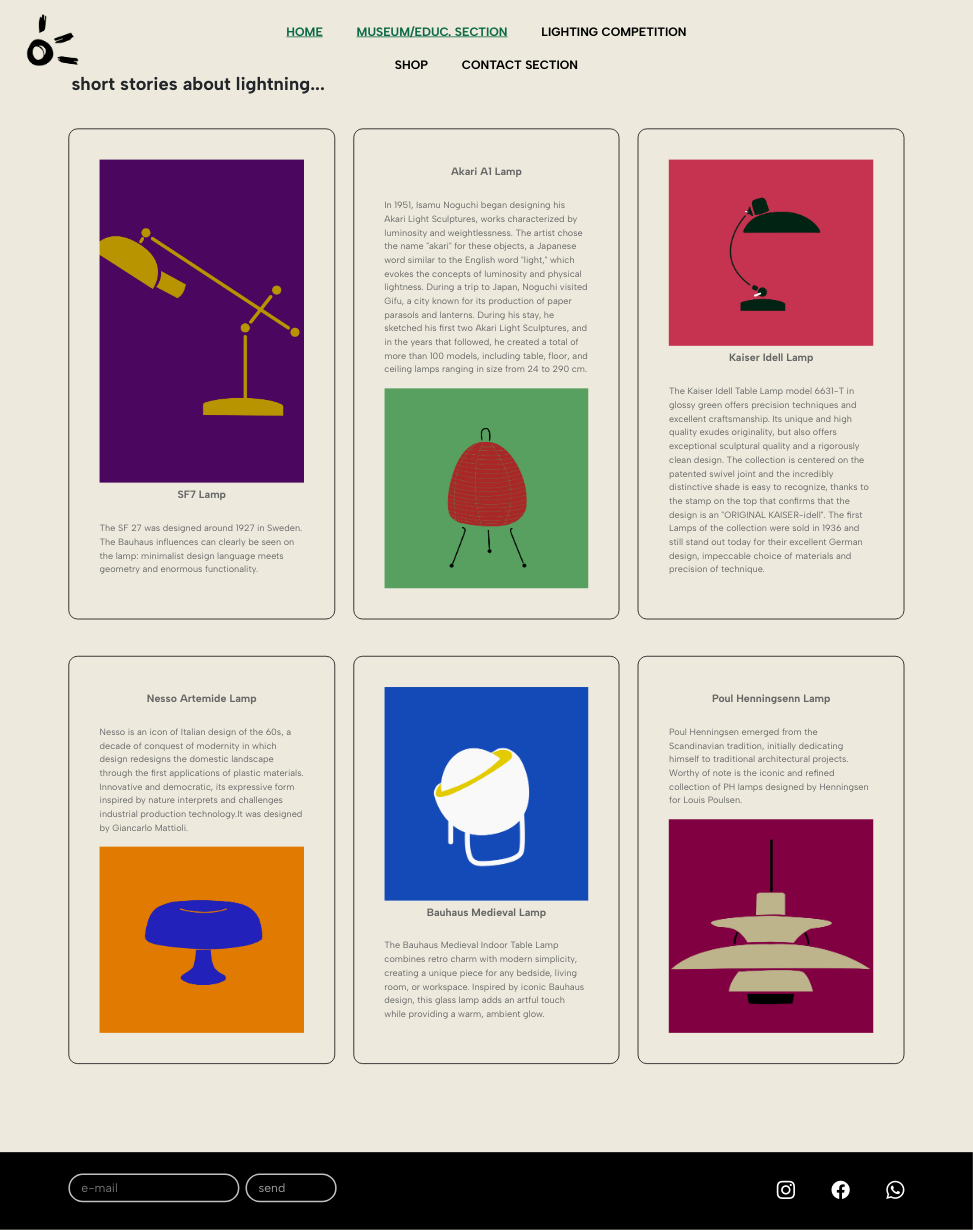
Repository: veronicamdiaz/Landing-Page-Practices
Page: museum-educational-section.html
An editor plug-in stored every save of this project. The page is shown before and after the next save, followed by the edit.
The browser window is 1280 px wide. The pictures show the whole page, at 76% of full size.

Above is the page before, as saved 2025-06-01 14:49:51.
Console error: TypeError: Cannot read properties of null (reading 'addEventListener')

### museum-educational-section.html
<!DOCTYPE html>
<html lang="pt-BR">
<head>
    <meta http-equiv="X-UA-Compatible" content="IE=edge">
    <meta name="viewport" content="width=device-width, initial-scale=1.0">
    <title>Landing Page</title>
    <link rel="stylesheet" href="https://cdn.jsdelivr.net/npm/bootstrap@5.3.3/dist/css/bootstrap.min.css">
    <link rel="preconnect" href="https://fonts.googleapis.com">
    <link rel="preconnect" href="https://fonts.gstatic.com" crossorigin>
    <link href="https://fonts.googleapis.com/css2?family=Pacifico&family=Roboto:wght@400;700&display=swap" rel="stylesheet">
    <link rel="stylesheet" href="https://cdn.jsdelivr.net/npm/bootstrap-icons@1.11.3/font/bootstrap-icons.min.css">
    <link href="https://fonts.googleapis.com/css2?family=Albert+Sans:ital,wght@0,100..900;1,100..900&family=Pacifico&family=Roboto+Slab:wght@100..900&family=Roboto:ital,wght@0,100;0,300;0,400;0,500;0,700;0,900;1,100;1,300;1,400;1,500;1,700;1,900&display=swap" rel="stylesheet">
    <link rel="stylesheet" href="main.css">
</head>

<header id="home-page">
    <div class="site-logo">
        <a href="index.html">
            <img src="images/logo-site.png" alt="Lightning Design Lab Logo" class="logo-img">
        </a>
    </div>

    <div class="menu" data-bs-target="#cabecalho" da
    ta-bs-smooth-scroll="true">
        <nav id="cabecalho" class="mb-2 px-4">
            <a href="index.html" class="nav-link-active" data-bs-toggle="tab" data-bs-target="#home-page">HOME</a>
            <a href="museum-educational-section.html" class="nav-link-active" data-bs-toggle="tab" data-bs-target="#museum-educational-section">MUSEUM/EDUC. SECTION</a>
            <a href="#competition-section" class="nav-link" data-bs-toggle="tab" data-bs-target="#competition-section">LIGHTING COMPETITION</a>
            <a href="shop-section.html" class="nav-link" data-bs-toggle="tab" data-bs-target="#shop-section">SHOP</a>
            <a href="#contact-section" class="nav-link" data-bs-toggle="tab" data-bs-target="#contact-section">CONTACT SECTION</a>
        </nav>
    </div>
</header>


<section id="museum-educational-section" class="mt-4 mb-5">
    <div class="container title-container d-flex justify-content-between align-items-center mb-6 mt-2 p-4">
        <h2 class="section-title">short stories about lightning...</h2>
    </div>

    <div class="container">
    <div class="row">
        <div class="col-md-4 col-12 mb-5 p-6">
            <div class="card bg-transparent">
                <img src="/images/lights drawings-03.jpg" alt="bauhaus-sf7-lamp">
                <h3 class="pb-2 pt-2">SF7 Lamp</h3>
                <p>The SF 27 was designed around 1927 in Sweden. The Bauhaus influences can clearly be seen on the lamp: minimalist design language meets geometry and enormous functionality.</p>
            </div>
        </div>
        <div class="col-md-4 col-12 mb-5 p-6">
            <div class="card bg-transparent">
                <h3 class="pb-2 pt-2">Akari A1 Lamp</h3>
                <p>In 1951, Isamu Noguchi began designing his Akari Light Sculptures, works characterized by luminosity and weightlessness. The artist chose the name "akari" for these objects, a Japanese word similar to the English word "light," which evokes the concepts of luminosity and physical lightness. During a trip to Japan, Noguchi visited Gifu, a city known for its production of paper parasols and lanterns. During his stay, he sketched his first two Akari Light Sculptures, and in the years that followed, he created a total of more than 100 models, including table, floor, and ceiling lamps ranging in size from 24 to 290 cm.</p>
                <img src="/images/lights drawings-02.jpg" alt="akari-lamp" class="img-fluid">
            </div>
        </div>
        <div class="col-md-4 col-12 mb-5 p-6">
            <div class="card bg-transparent">
                <img src="/images/lights drawings-04.jpg" alt="kaiser-idell-lamp" class="img-fluid">
                <h3 class="pb-2 pt-2">Kaiser Idell Lamp</h3>
                <p>The Kaiser Idell Table Lamp model 6631-T in glossy green offers precision techniques and excellent craftsmanship. Its unique and high quality exudes originality, but also offers exceptional sculptural quality and a rigorously clean design.
The collection is centered on the patented swivel joint and the incredibly distinctive shade is easy to recognize, thanks to the stamp on the top that confirms that the design is an "ORIGINAL KAISER-idell".
The first Lamps of the collection were sold in 1936 and still stand out today for their excellent German design, impeccable choice of materials and precision of technique.</p>
            </div>
        </div>
        <div class="col-md-4 col-12 mb-5 p-6">
            <div class="card bg-transparent">
                <h3 class="pb-2 pt-2">Nesso Artemide Lamp</h3>
                <p>Nesso is an icon of Italian design of the 60s, a decade of conquest of modernity in which design redesigns the domestic landscape through the first applications of plastic materials. Innovative and democratic, its expressive form inspired by nature interprets and challenges industrial production technology.It was designed by Giancarlo Mattioli.</p>
                <img src="/images/lights drawings2-03.jpg" alt="nesso-artemide-lamp" class="img-fluid">
            </div>
        </div>
        <div class="col-md-4 col-12 mb-5 p-6">
            <div class="card bg-transparent">
                <img src="/images/lights drawings2-04.jpg" alt="bauhaus-medieval-lamp" class="img-fluid">
                <h3 class="pb-2 pt-2">Bauhaus Medieval Lamp</h3>
                <p>The Bauhaus Medieval Indoor Table Lamp combines retro charm with modern simplicity, creating a unique piece for any bedside, living room, or workspace. Inspired by iconic Bauhaus design, this glass lamp adds an artful touch while providing a warm, ambient glow.</p>
            </div>
        </div>
        <div class="col-md-4 col-12 mb-5 p-6">
            <div class="card bg-transparent">
                <h3 class="pb-2 pt-2">Poul Henningsenn Lamp</h3>
                <p>Poul Henningsen emerged from the Scandinavian tradition, initially dedicating himself to traditional architectural projects. Worthy of note is the iconic and refined collection of PH lamps designed by Henningsen for Louis Poulsen.</p>
                <img src="/images/lights drawings_Prancheta 1.jpg" alt="Imagem 6" class="img-fluid">
            </div>
        </div>
    </div>
</div>
</section>

<footer class="bg-black py-2">
    <div class="container d-flex justify-content-between align-items-center flex-column flex-md-row">
        <div class="d-flex gap-2 align-items-center mb-2">
            <input type="email" class="btn btn-secondary" placeholder="e-mail" required
                style="border: 2px solid rgb(192, 192, 192); border-radius: 20px; background-color: black; padding: 5px 15px; min-width: 120px; text-align: left; color: rgb(155, 155, 155);">
            <button type="submit" class="btn btn-secondary"
                style="border: 2px solid rgb(192, 192, 192); border-radius: 20px; background-color: black; padding: 5px 15px; min-width: 120px; text-align: left; color: rgb(155, 155, 155);">
                send
            </button>
        </div>
        <div class="d-flex gap-5 align-items-center">
            <a href="https://www.instagram.com" target="_blank" class="text-white">
                <i class="bi bi-instagram" style="font-size: 1.5rem;"></i>
            </a>
            <a href="https://www.facebook.com" target="_blank" class="text-white">
                <i class="bi bi-facebook" style="font-size: 1.5rem;"></i>
            </a>
            <a href="https://wa.me/" target="_blank" class="text-white">
                <i class="bi bi-whatsapp" style="font-size: 1.5rem;"></i>
            </a>
        </div>
    </div>
</footer>


<script src="script.js"></script>

<script>
    document.addEventListener("DOMContentLoaded", function () {
        const navLinks = document.querySelectorAll(".nav-link");

        // Ativa o link clicado e armazena no localStorage
        navLinks.forEach(link => {
            link.addEventListener("click", function (e) {
                // Armazena qual link foi clicado no localStorage
                localStorage.setItem('activeLink', e.target.getAttribute('href'));
                // Adiciona a classe de ativo
                navLinks.forEach(l => l.classList.remove("nav-link-active"));
                e.target.classList.add("nav-link-active");
            });
        });

        // Verifica se há um link ativo armazenado no localStorage
        const activeLink = localStorage.getItem('activeLink');
        if (activeLink) {
            // Remove a classe 'nav-link-active' de todos os links
            navLinks.forEach(link => link.classList.remove("nav-link-active"));
            // Adiciona a classe 'nav-link-active' ao link armazenado
            document.querySelector(`a[href="${activeLink}"]`)?.classList.add("nav-link-active");
        }
    });
</script>
</body>
</html>

### main.css
html, body {
    height: 100%;
    margin: 0;
    display: flex;
    flex-direction: column;
}

body {
    background-color: #EDEADD;
    font-family: sans-serif;
    flex: 1;
}

main {
    z-index: 5;
    flex: 1; /* ocupa todo o espaço entre o header e o footer */
    display: flex;
    flex-direction: column;
    background-color: transparent;
}

header {
    height: auto;
    position: relative;
    display: flex;
    flex-direction: column;
    align-items: center;
    padding-bottom: 40px; /* ou ajuste conforme necessário */

}

.site-logo {
    z-index: 100; /* Aumente se necessário */
    position: fixed;
    top: 10px;
    left: 20px;
}

.interaction-section {
    z-index: 5;
}

.logo-img {
    height: auto;
    display: block;
}

.container {
    padding: 20px;
}

/* #webgl-container {
    display: flex;
    justify-content: center;
    align-items: center;
    width: 100%;
    height: 100%;
    overflow: hidden;
    background-color: #f5f5f5;
} */

#home-page {
    width: 100%;
    justify-content: center;
    align-items: center;
}



/* .square {
    width: 200px;
    height: 200px;
    background-color: rgb(255, 255, 255);
    position: relative;
} */

.square::before,
.square::after {
    content: "";
    position: absolute;
    width: 100%;
    height: 1px;
}

/* .square::before {
    top: 50%;
    transform: translateY(-50%);
    transform-origin: left;
    transform: rotate(45deg);
}

.square::after {
    left: 50%;
    transform: translateX(-50%);
    transform-origin: top;
    transform: rotate(-45deg);
}
*/
nav {
    font-family: 'Albert Sans';
    font-weight: bold;
    left: 50%;
    top: 10px; /* Mantém um pequeno espaçamento do topo */
    transform: translateX(-50%);
    gap: 20px;
    display: inline-block;
    font-size: 16px;
    align-items: center;
    justify-content: center;
    z-index: 10;
    padding: 10px 20px;
    height: auto;
}


nav a {
    text-decoration: none;
    font-weight: bold;
    background-color: none;
    height: auto !important;
}

.nav-link {
    color: black; /* Cor padrão */
    transition: color 0.3s ease;
}

.nav-link-active {
    color: #0b6945 !important; /* Cor do botão ativo */
    font-weight: bold;
    text-decoration: underline;
}


#cabecalho {
    position: fixed;
    text-align: center; /* Centraliza os links */
    height: auto;
    gap: 20px;
    z-index: 10px;
}

#cabecalho a {
    display: inline-block;
    padding: 10px 20px; /* Para não ficarem colados */
    height: auto;
}

.card {
    display: flex;
    align-items: center;
    padding: 40px;
    width: 100%;
    height: 100%;
    max-width: 1200px;
    margin: 0 auto;
    border-radius: 12px;
    border: 1px solid black;
}

.row {
    flex-wrap: wrap; /* Para quebrar corretamente em telas pequenas */
    justify-content: space-between; /* Garante espaçamento uniforme */
}

.card img {
    background-color: none;
    width: 100%;
    height: 100%;
    object-fit: cover;
}

.card h3 {
    font-size: 14px;
    font-family: 'Albert Sans';
    color: #666;
    font-weight: bold;
}
.card p {
    margin-top: 10px;
    font-size: 12px;
    color: #666;
    font-family: 'Albert Sans';
}

.card.reverse {
    flex-direction: column-reverse;
}

.section-title {
    font-family: 'Albert Sans';
    font-weight: bold;
    font-size: 1.5em;
}

#nova-secao {
    font-family: 'Albert Sans';
}

.text-white {
    font-family: 'Albert Sans';
    font-size: .3em;
    font-weight: bold;
    color: white;
}


.btn-seemore {
    text-transform: uppercase;
    text-decoration: underline;
    background: none;
    border: none;
    color: white;
    font-size: 1rem;
    cursor: pointer;
}

.card-label {
    font-family: 'Albert Sans', sans-serif;
    font-size: 0.9rem;
    color: #999;
    letter-spacing: 1px;
    margin-bottom: 2px; /* Diminuir aqui! */
}


.custom-card img {
    width: 40%;
    max-width: 300px;
    object-fit: cover;
}

.custom-card .card-content {
    width: 60%;
    padding: 20px;
}

.custom-card h3 {
    font-weight: bold;
    margin-bottom: 8px;
    font-size: 18px;
}

.custom-card.left {
    flex-direction: row;
    border: 1px solid black;
    background-color: transparent;
}

.custom-card.right {
    flex-direction: row-reverse;
    border: 1px solid black;
    background-color: transparent;
}

.custom-card p {
    font-size: 14px;
    line-height: 1.6;
}

.card-label {
    font-size: 14px;
    line-height: 1.6;
    font-family: 'Albert Sans';
}


footer {
    padding: 2px 0; /* Reduzindo a altura do footer */
    font-size: 0.8rem; /* Diminuindo tamanho do texto */
    font-family: 'Albert Sans', sans-serif;
}

.icon {
    max-width: 30px; /* Ajuste o tamanho máximo conforme necessário */
    max-height: 30px; /* Ajuste o tamanho máximo conforme necessário */
    width: auto; /* Mantém a proporção */
    height: auto; /* Mantém a proporção */
    object-fit: contain; /* Garante que a imagem se ajuste ao espaço sem distorção */
    margin-bottom: 10px;
}


#competition-section .container {
    width: 100vw;
    overflow: hidden;
}

#img-interativa {
    width: 100%;
    object-fit: cover;
    display: block;
}

.title-container .section-title {
    flex: 1;
    margin: 0;
}

/* “spacer” vazio só para manter o flex funcionando igual */
.title-container .spacer {
  width: 60px; /* ou o tamanho que você precisar para “fechar” o espaço */
}


@media (max-width: 768px) {
    .site-logo {
        top: 5px;
        left: 10px;
        position: fixed;
    }

    .logo-img {
        width: 40px;
    }

    nav {
        position: fixed;
        font-family: 'Albert Sans';
        font-weight: bold;
        gap: 20px;
        font-size: 10px;
        justify-content: center;
        text-align: right;
        display: flex;
        z-index: 1;
        padding: 4px 12px;
    }

    .home-image {
        width: 100%;
        height: auto;
        content: (url(images/fundositemenor_prancheta.png));
        }

    #home-page {
        justify-content: center;
        align-items: center;
    }

    .img-responsiva {
        height: auto;
    }

    .nav-links {
        flex-direction: column;
        gap: 15px;
        text-align: center;
    }

    .navbar-toggler {
        display: block; /* Mostra o botão hambúrguer */
        background: none;
        border: none;
        cursor: pointer;
    }

    .navbar-toggler i {
        color: black;
    }


    .card {
        text-align: center;
        flex-direction: column;
    }

    .card img {
        width: 70%;
    }

    .card .card-content {
        width: 70%;
    }

    .custom-card {
        flex-direction: column !important;
        text-align: center;
    }

    .custom-card img {
        width: 70%;
    }

    .custom-card .card-content {
        width: 70%;
    }


    footer .container {
        flex-direction: column;
        text-align: center;
    }

    footer form {
        flex-direction: column;
        width: 70%;
        align-items: center;
    }

    footer form input,
    footer form button {
        width: 90%; /* Mantém a aparência proporcional */
    }

    footer .d-flex.gap-5 {
        gap: 20px; /* Ajusta o espaçamento dos ícones */
        justify-content: center;
        margin-top: 10px;
    }
}

### script.js
document.addEventListener('DOMContentLoaded', function () {
  // Código para a troca de imagem
  const imagem = document.getElementById('img-interativa');
  let estado = 'inicial';

  console.log('Imagem carregada:', imagem);

  imagem.addEventListener('click', function () {
    console.log('Imagem clicada. Estado atual:', estado);

    if (estado === 'inicial') {
      imagem.src = './images/lights drawings2-05-05-05.jpg';
      estado = 'alterada';
    } else {
      imagem.src = './images/lights drawings2-09-09-09.jpg';
      estado = 'inicial';
    }

    console.log('Novo estado:', estado);
  });
});

function updateImage() {
  let homeImage = document.querySelector('.home-image');
  if (window.innerWidth <= 768) {
      homeImage.src = "images/fundositemenor_prancheta.png"; // Imagem menor
  } else {
      homeImage.src = "images/fundosite.png"; // Imagem padrão
  }
}

document.addEventListener("DOMContentLoaded", function () {
  const navLinks = document.querySelectorAll(".nav-link");
  const currentURL = window.location.pathname.split("/").pop(); // Pega só o nome do arquivo, ex: 'shop-section.html'

  navLinks.forEach(link => {
    const linkHref = link.getAttribute("href");

    // Verifica se o link aponta para a mesma página
    if (
      linkHref === currentURL ||                     // Exato match
      (linkHref === "index.html" && currentURL === "") || // Caso especial para index
      (linkHref !== "#" && currentURL.includes(linkHref)) // Links internos com hash (#)
    ) {
      link.classList.add("nav-link-active");
    } else {
      link.classList.remove("nav-link-active");
    }
  });
});


// Verifica quando a página carrega
window.onload = updateImage;

// Verifica quando a tela redimensiona
window.onresize = updateImage;

// <-- Fechando corretamente a função de 'DOMContentLoaded'


  /*
  // Inicialização do modelo 3D
  let mouseX = 0, mouseY = 0;
  const container = document.getElementById('webgl-container');
  const renderer = new THREE.WebGLRenderer({ antialias: true });
  renderer.setSize(window.innerWidth, window.innerHeight);
  container.appendChild(renderer.domElement);  // Adiciona o renderizador dentro de #webgl-container

  const scene = new THREE.Scene();

  // Criar um cubo maior
  const geometry = new THREE.BoxGeometry(2, 2, 2); // Aumentei o tamanho do cubo (2x2x2)
  const material = new THREE.MeshStandardMaterial({ color: 0x00ff00, roughness: 0.5, metalness: 0.7 });
  const cube = new THREE.Mesh(geometry, material);
  scene.add(cube);
  scene.background = new THREE.Color(0xF5F5F5);  // Cor de fundo #F5F5F5

   // Definir a posição do cubo para ficar mais para cima
   cube.position.y = 1; // Aqui é onde ajustamos a posição vertical do cubo

   // Melhorar a qualidade aumentando a resolução
  renderer.setPixelRatio(window.devicePixelRatio); // Usa a resolução nativa do dispositivo

  // Câmera
  const camera = new THREE.PerspectiveCamera(75, window.innerWidth / window.innerHeight, 0.1, 1000);
  camera.position.z = 5;  // Posicionando a câmera para visualizar o cubo maior

  // Adicionar luz ambiente
  const light = new THREE.AmbientLight(0x404040); // luz suave
  scene.add(light);

  // Adicionar luz direcional
  const directionalLight = new THREE.DirectionalLight(0xffffff, 1);
  directionalLight.position.set(5, 5, 5).normalize();
  scene.add(directionalLight);

  // Função de animação
  function animate() {
    requestAnimationFrame(animate);

    // A rotação do cubo será controlada pela posição do mouse
    cube.rotation.x = mouseY * Math.PI; // Multiplica a posição Y do mouse por pi
    cube.rotation.y = mouseX * Math.PI; // Multiplica a posição X do mouse por pi

    renderer.render(scene, camera);
  }

  animate();

  // Função para ajustar o tamanho do renderizador e atualizar a câmera
function onWindowResize() {
  const width = window.innerWidth;
  const height = window.innerHeight;

  // Atualiza as proporções da câmera
  camera.aspect = width / height;
  camera.updateProjectionMatrix();

  // Ajusta o tamanho do renderizador
  renderer.setSize(width, height);
}

// Adiciona um event listener para chamar a função sempre que a janela for redimensionada
window.addEventListener('resize', onWindowResize, false);

// Chama a função uma vez para configurar inicialmente
onWindowResize();

  // Redimensionar o renderizador quando a janela for redimensionada
  window.addEventListener('resize', () => {
    renderer.setSize(window.innerWidth, window.innerHeight);
    camera.aspect = window.innerWidth / window.innerHeight;
    camera.updateProjectionMatrix();
  });

  // Captura o movimento do mouse
  function onMouseMove(event) {
    // Normaliza a posição do mouse (de -1 a 1 para cada eixo)
    mouseX = (event.clientX / window.innerWidth) * 2 - 1;
    mouseY = -(event.clientY / window.innerHeight) * 2 + 1;
  }

  // Adiciona o ouvinte para o movimento do mouse
  window.addEventListener('mousemove', onMouseMove, false);
});

*/

After the next save:
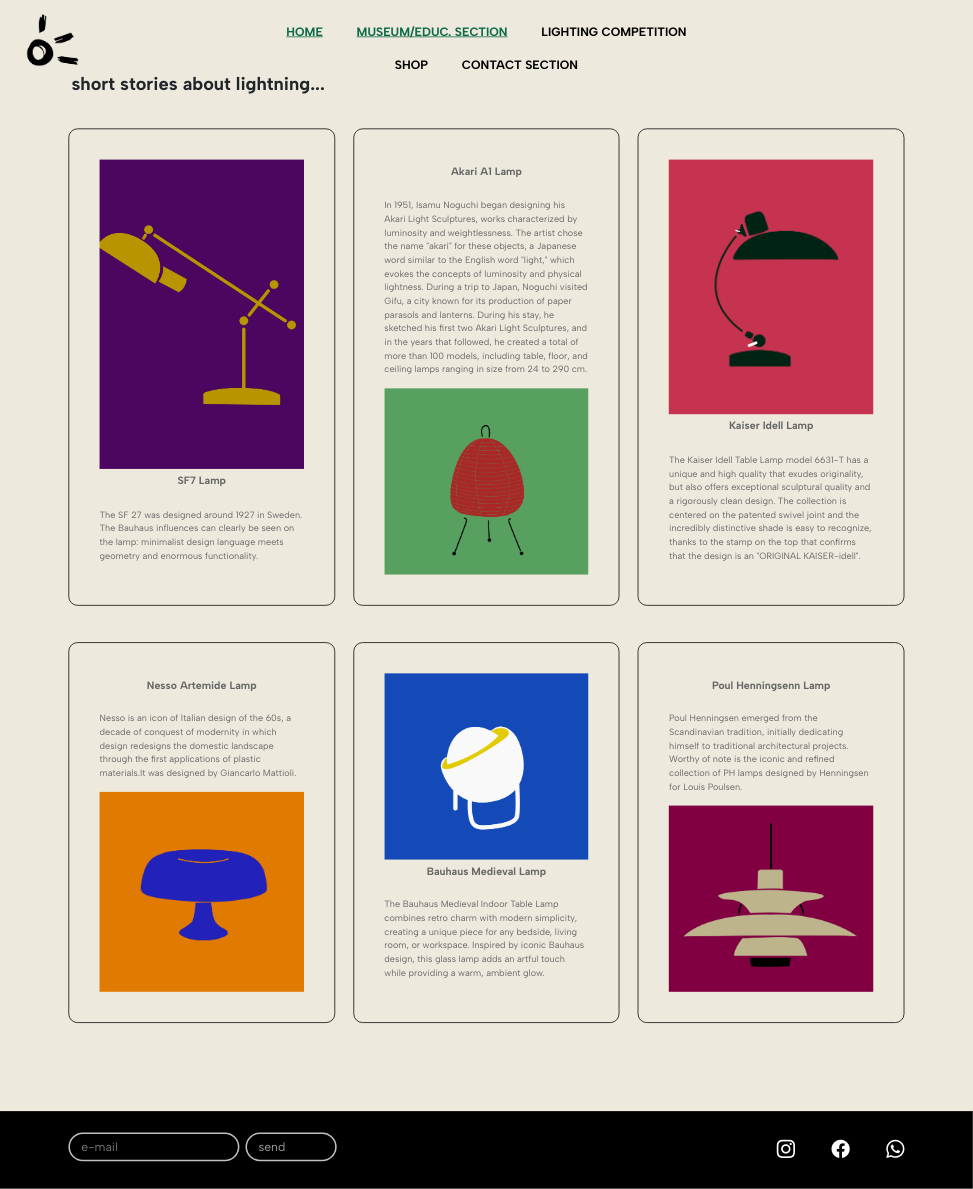
Saved 81 s later.
--- a/museum-educational-section.html
+++ b/museum-educational-section.html
@@ -58,15 +58,14 @@
             <div class="card bg-transparent">
                 <img src="/images/lights drawings-04.jpg" alt="kaiser-idell-lamp" class="img-fluid">
                 <h3 class="pb-2 pt-2">Kaiser Idell Lamp</h3>
-                <p>The Kaiser Idell Table Lamp model 6631-T in glossy green offers precision techniques and excellent craftsmanship. Its unique and high quality exudes originality, but also offers exceptional sculptural quality and a rigorously clean design.
-The collection is centered on the patented swivel joint and the incredibly distinctive shade is easy to recognize, thanks to the stamp on the top that confirms that the design is an "ORIGINAL KAISER-idell".
-The first Lamps of the collection were sold in 1936 and still stand out today for their excellent German design, impeccable choice of materials and precision of technique.</p>
+                <p>The Kaiser Idell Table Lamp model 6631-T has a unique and high quality that exudes originality, but also offers exceptional sculptural quality and a rigorously clean design.
+The collection is centered on the patented swivel joint and the incredibly distinctive shade is easy to recognize, thanks to the stamp on the top that confirms that the design is an "ORIGINAL KAISER-idell".</p>
             </div>
         </div>
         <div class="col-md-4 col-12 mb-5 p-6">
             <div class="card bg-transparent">
                 <h3 class="pb-2 pt-2">Nesso Artemide Lamp</h3>
-                <p>Nesso is an icon of Italian design of the 60s, a decade of conquest of modernity in which design redesigns the domestic landscape through the first applications of plastic materials. Innovative and democratic, its expressive form inspired by nature interprets and challenges industrial production technology.It was designed by Giancarlo Mattioli.</p>
+                <p>Nesso is an icon of Italian design of the 60s, a decade of conquest of modernity in which design redesigns the domestic landscape through the first applications of plastic materials.It was designed by Giancarlo Mattioli.</p>
                 <img src="/images/lights drawings2-03.jpg" alt="nesso-artemide-lamp" class="img-fluid">
             </div>
         </div>
